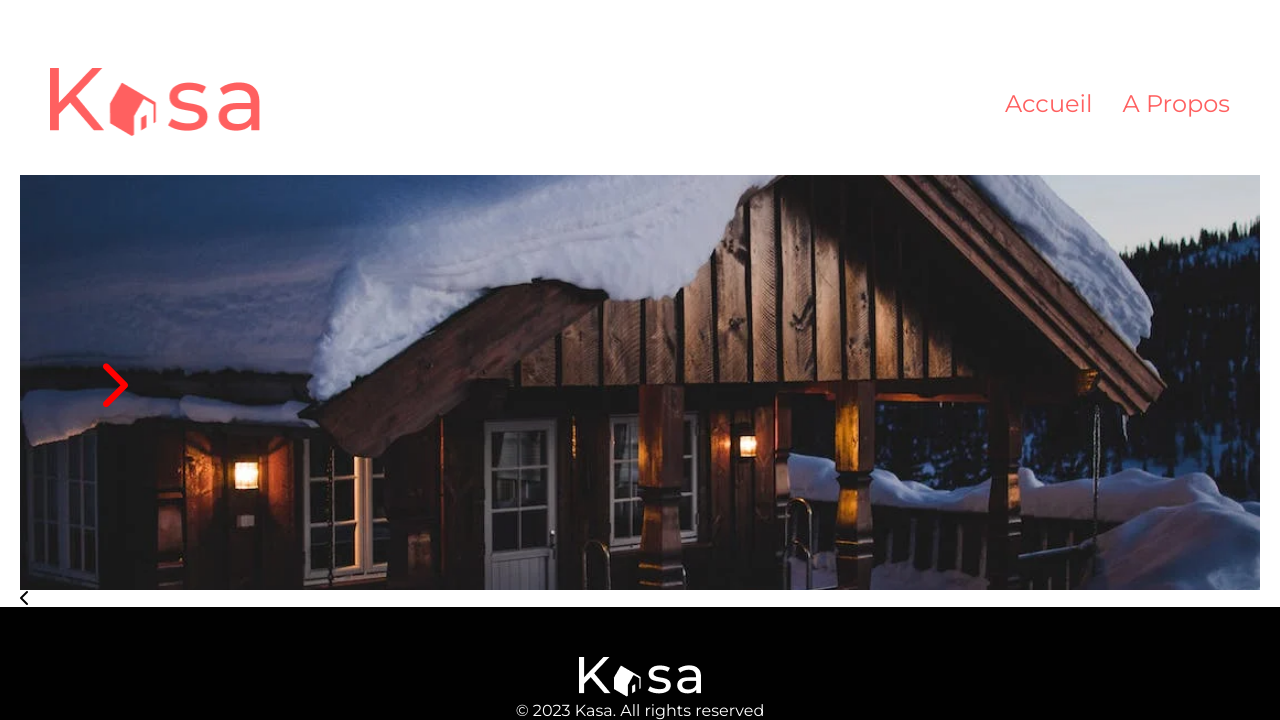
Repository: Ascaris29/Kasa_oc
Page: /essai (app in kasa_project/)
An editor plug-in stored every save of this project. The page is shown before and after the next save, followed by the edit.
The browser window is 1280 px wide. The pictures show the whole page.
Some web libraries are served in a nearby version. The project was rebuilt for these pictures with package versions that can differ from the ones it lists, and the page was loaded fresh each time. Also part of the build but not shown: kasa_project/src/pages/homepage/Homepage.module.scss, kasa_project/src/pages/homepage/components/CardLogement.module.scss, kasa_project/src/pages/homepage/components/CardLogement.js, kasa_project/src/pages/homepage/Homepage.js, kasa_project/src/pages/404/404.module.scss, kasa_project/src/pages/404/404.js, kasa_project/src/pages/a_propos/APropos.module.scss, kasa_project/src/pages/a_propos/components/CardDescription.module.scss and 6 more.

Above is the page before, as saved 2023-03-16 16:06:10.

### kasa_project/public/index.html
<!DOCTYPE html>
<html lang="fr">
  <head>
    <meta charset="utf-8" />
    <link rel="icon" href="%PUBLIC_URL%/favicon.ico" />
    <meta name="viewport" content="width=device-width, initial-scale=1" />
    <meta name="theme-color" content="#000000" />
    <meta
      name="description"
      content="Web site created using create-react-app"
    />
    <link rel="apple-touch-icon" href="%PUBLIC_URL%/logo192.png" />
    <!--
      manifest.json provides metadata used when your web app is installed on a
      user's mobile device or desktop. See https://developers.google.com/web/fundamentals/web-app-manifest/
    -->

    <!----------------------------------------------------------- Fonts ----------------------------------------------------------------------->
    <link rel="preconnect" href="https://fonts.googleapis.com">
    <link rel="preconnect" href="https://fonts.gstatic.com" crossorigin>
    <link href="https://fonts.googleapis.com/css2?family=Montserrat:wght@400;500;600&family=Roboto&display=swap" rel="stylesheet">
    <!----------------------------------------------------------- Icons ----------------------------------------------------------------------->
    <script src="https://kit.fontawesome.com/e65359aae8.js" crossorigin="anonymous"></script>
    <!--
      Notice the use of %PUBLIC_URL% in the tags above.
      It will be replaced with the URL of the `public` folder during the build.
      Only files inside the `public` folder can be referenced from the HTML.

      Unlike "/favicon.ico" or "favicon.ico", "%PUBLIC_URL%/favicon.ico" will
      work correctly both with client-side routing and a non-root public URL.
      Learn how to configure a non-root public URL by running `npm run build`.
    -->
    <title>Kasa</title>
  </head>
  <body>
    <noscript>You need to enable JavaScript to run this app.</noscript>
    <div id="root"></div>
    <!--
      This HTML file is a template.
      If you open it directly in the browser, you will see an empty page.

      You can add webfonts, meta tags, or analytics to this file.
      The build step will place the bundled scripts into the <body> tag.

      To begin the development, run `npm start` or `yarn start`.
      To create a production bundle, use `npm run build` or `yarn build`.
    -->
  </body>
</html>

### kasa_project/src/index.js
import React from 'react';
import ReactDOM from 'react-dom/client';
import App from './App';
import reportWebVitals from './reportWebVitals';
import './assets/styles/index.scss';
import { RouterProvider } from 'react-router-dom';
import { router } from "./router";

const root = ReactDOM.createRoot(document.getElementById('root'));
root.render(
  <React.StrictMode>
    <RouterProvider router={router} />
  </React.StrictMode>
);

// If you want to start measuring performance in your app, pass a function
// to log results (for example: reportWebVitals(console.log))
// or send to an analytics endpoint. Learn more: https://bit.ly/CRA-vitals
reportWebVitals();

### kasa_project/src/App.js
import Header from "./components/header/Header";
import Footer from "./components/footer/Footer";
import style from "./App.module.scss";
import Homepage from "./pages/homepage/Homepage";
import { Outlet } from "react-router-dom";

function App() {
  return (
      <div className={`${style.app} d-flex flex-column`}>
        <Header />
          <Outlet />
        <Footer />
      </div>
  );
}

export default App;

### kasa_project/src/assets/styles/index.scss
@use './base';
@use './flex';
@use './mixins';
@use './utils';
@use './variables';

### kasa_project/src/router.js
import { createBrowserRouter } from 'react-router-dom';
import App from './App';
import Error404 from './pages/404/404';
import APropos from './pages/a_propos/APropos';
import Homepage from './pages/homepage/Homepage';
import Caroussel from './pages/logement/components/caroussel/Caroussel';
import FicheLogement from './pages/logement/FicheLogement';


export const router = createBrowserRouter([
    {
        path : "/",
        element : <App />,
        errorElement: <Error404 />,
        children : [
            {
                path : "/",
                element : <Homepage />
            } ,
            {
                path : "/homepage",
                element : <Homepage />
            },
            {
                path: "/apropos",
                element : <APropos />
            },
            {
                path: "/logement/:id",
                element : <FicheLogement />
            },
            {
                path: "/essai",
                element: <Caroussel />
            }
        ],
    }
])

### kasa_project/src/components/header/Header.js
import image from "../../assets/images/logo_header.png";
import style from "./Header.module.scss";
import { Link, NavLink } from "react-router-dom";

export default function Header(){
    return (
        <header className={`${style.header} d-flex justify-between align-center`}>
            <Link className={`${style.headerIcon}`} to="/homepage">
                <img src={image} alt="logo du site Kasa representant une maison"/>
            </Link>
            <div className={`${style.headerNav}`}>
                <ul className="d-flex">
                    <NavLink
                    className={`${style.headerItems} m-r-30`}
                    to="/homepage"
                    end
                    >
                    Accueil
                    </NavLink>
                    <NavLink
                    className={`${style.headerItems}`}
                    to="/apropos"
                    >
                    A Propos
                    </NavLink>
                </ul>
            </div>
        </header>
    )
}

### kasa_project/src/components/footer/Footer.js
import style from "./Footer.module.scss";
import image from "../../assets/images/logo_footer.png";

export default function Footer(){
    return (
        <footer className={`${style.footer} d-flex p-t-50 flex-column justify-center align-center`}>
            <div className={`${style.footerLogo} `}>
                <img src={image} alt="" />
            </div>
            <div className="footerText">
                <p>© 2023 Kasa. All rights reserved</p>
            </div>
        </footer>
    )
}

### kasa_project/src/App.module.scss
.app{
    min-height:100vh;
}

### kasa_project/src/assets/styles/_base.scss

*{
    box-sizing: border-box;
}

body{
    margin:0;
    padding:0;
    font-family: var(--montserrat);

}

p{
    margin:0;
}

li{
    list-style-type: none;

}

.link{
    color:var(--primary);
    font-size:18px;
}

.active{
    text-decoration:underline;
}

### kasa_project/src/assets/styles/_flex.scss
.d-flex{
    display: flex;
}

.flex-column{
    flex-direction : column;
}

.flex-row{
    flex-direction: row;
}

.justify-center{
    justify-content: center;
}

.align-center{
    align-items: center;
}

.flex-fill{
    flex : 1 1 auto;
}

.justify-between{
    justify-content: space-between;
}

### kasa_project/src/assets/styles/_mixins.scss
@mixin xs{
    @media (max-width:576px){
        @content;
    }
}

@mixin sm{
    @media (min-width : 577px) and (max-width : 768px){
        @content;
    }
}

@mixin sm-lt{
    @media (max-width : 768px){
        @content;
    }
}

@mixin md{
    @media (min-width : 769px) and (max-width : 992px){
        @content;
    }
}

@mixin md-lt{
    @media (max-width : 992px){
        @content;
    }
}

@mixin lg{
    @media (min-width : 993px) and (max-width : 1200px){
        @content;
    }
}

@mixin lg-lt{
    @media (max-width : 1200px){
        @content;
    }
}

@mixin xl{
    @media (min-width : 1201px){
        @content;
    }
}

### kasa_project/src/assets/styles/_utils.scss
/*------------------------------------ General ------------------------------*/
.container{
    max-width:1200px;
    margin: auto;
    width:100%;
}
.card{

}
.calc{
    position:fixed;
    top:0;
    left:0;
    width:100%;
    height:100vh;
}

/*------------------------------------ Padding ------------------------------*/
.p-5{
    padding: 5px;
}
.p-10{
    padding:10px;
}
.p-20{
   padding:20px;
}
.p-30{
    padding:30px;
}
.p-40{
    padding:40px;
}
.p-50{
    padding:50px;
}

.p-b-5{
   padding-bottom: 5px;
}
.p-b-10{
   padding-bottom: 10px;
}
.p-b-20{
    padding-bottom: 20px;
}
.p-b-30{
    padding-bottom: 30px;
}
.p-b-40{
    padding-bottom: 40px;
}
.p-b-50{
    padding-bottom: 50px;
}


.p-t-5{
    padding-top: 5px;
}
.p-t-10{
    padding-top: 10px;
}
.p-t-20{
     padding-top: 20px;
}
.p-t-30{
     padding-top: 30px;
}
.p-t-40{
    padding-top: 40px;
}
.p-t-50{
    padding-top: 50px;
}


.p-l-5{
    padding-left: 5px;
}
.p-l-10{
    padding-left: 10px;
}
.p-l-20{
     padding-left: 20px;
}
.p-l-30{
     padding-left: 30px;
}
.p-l-40{
    padding-left: 40px;
}
.p-l-50{
    padding-left: 50px;
}



.p-r-5{
    padding-right: 5px;
}
.p-r-10{
    padding-right: 10px;
}
.p-r-20{
     padding-right: 20px;
}
.p-r-30{
     padding-right: 30px;
}
.p-r-40{
    padding-right: 40px;
}
.p-r-50{
    padding-right: 50px;
}


/*------------------------------------------------ Margin -------------------------------------------*/

.m-auto{
    margin:auto;
}
.m-5{
    margin: 5px;
}
.m-10{
    margin:10px;
}
.m-20{
   margin:20px;
}
.m-30{
    margin:30px;
}
.m-40{
    margin:40px;
}
.m-50{
    margin:50px;
}



.m-b-5{
    margin-bottom: 5px;
}
.m-b-10{
    margin-bottom: 10px;
}
.m-b-20{
    margin-bottom: 20px;
}
.m-b-30{
    margin-bottom: 30px;
}
.m-b-40{
    margin-bottom: 40px;
}
.m-b-50{
    margin-bottom: 50px;
}



.m-t-5{
    margin-top: 5px;
}
.m-t-10{
    margin-top: 10px;
}
.m-t-20{
     margin-top: 20px;
}
.m-t-30{
     margin-top: 30px;
}
.m-t-40{
    margin-top: 40px;
}
.m-t-50{
    margin-top: 50px;
}




.m-l-5{
    margin-left: 5px;
}
.m-l-10{
    margin-left: 10px;
}
.m-l-20{
     margin-left: 20px;
}
.m-l-30{
     margin-left: 30px;
}
.m-l-40{
    margin-left: 40px;
}
.m-l-50{
    margin-left: 50px;
}




.m-r-5{
    margin-right: 5px;
}
.m-r-10{
    margin-right: 10px;
}
.m-r-20{
     margin-right: 20px;
}
.m-r-30{
     margin-right: 30px;
}
.m-r-40{
    margin-right: 40px;
}
.m-r-50{
    margin-right: 50px;
}

### kasa_project/src/assets/styles/_variables.scss

/*----------------------------------------------------------------------------Color-----------------------------------------------------------------*/

:root{
    --primary: #FF6060;
    --grey1:#F6F6F6;
    --grey2: #E3E3E3;
    --grey3:#C4C4C4;
    --black: #010101;
    /*----------------------------------------------------------------------------Font-----------------------------------------------------------------*/
    --montserrat : 'Montserrat', sans-serif;
    --radius:25px;
}

### kasa_project/src/pages/logement/components/caroussel/Caroussel.js
import { useState } from "react";
import style from "./Caroussel.module.scss";

import img1 from "../../../../assets/images/pexels-photo-950058.webp";
import img2 from "../../../../assets/images/pexels-photo-1013427.jpeg";
import img3 from "../../../../assets/images/pexels-photo-1612351.jpeg";

export default function Caroussel(){

    //importer les images de l'api
    const arrayImage = [
        img1,
        img2,
        img3
    ];

    const [index, setIndex] = useState(0);

    //console.log(arrayImage);
    function handleClickCarousselPrev(){
        if(index > 0 && index < arrayImage.length){
            let i = index - 1;
            setIndex(i);
        }else{
            setIndex(arrayImage.length -1);
        }
    }

    function handleClickCarousselAfter(){
        if(index < arrayImage.length){
            let i = index + 1;
            setIndex(i);
        };
    }

    //a voir avec julien
    if(index === arrayImage.length){
        setIndex(0)
    }

    return (
        <div className={`${style.caroussel}`}>
            { arrayImage.map((item, i) =>
                i === index && ( <img src={item} alt="" className={`${style.carousselImage}`}/> )
            )}
            <i className={`${style.chevronLeft} fa-solid fa-chevron-left`} onClick={handleClickCarousselPrev}></i>
            <i className={`${style.chevronRight} fa-solid fa-chevron-right`} onClick={handleClickCarousselAfter}></i>
        </div>
    )



}

### kasa_project/src/components/header/Header.module.scss
@use "../../assets/styles/mixins" as mixin;

.header{
    max-width:1240px;
    margin:auto;
    width:100%;
    padding:50px 30px 0 30px;
    .headerIcon{
        img{
            width:210px;
            height:68px;
            @include mixin.sm-lt{
                width:145px;
                height:47px;
            }
            @include mixin.xs{
                width:99px;
                height:35px;
            }
        }
    }

}
/*sorti de la classe header car sinon je ne peux pas mettre de classe active dessus*/
.headerItems{
    color:var(--primary);
    text-decoration:none;
    cursor:pointer;
    font-size:24px;
    @include mixin.sm-lt{
        font-size:20px;
    }
    @include mixin.xs{
        font-size:15px;
    }
}

### kasa_project/src/components/footer/Footer.module.scss
.footer{
    background-color:var(--black);
    color:white;
    .footerLogo{
        img{
            width:122px;
            height:40px;
        }
    }
}

### kasa_project/src/pages/logement/components/caroussel/Caroussel.module.scss
.caroussel{
    max-width:1240px;
    margin:auto;
    width:100%;
    height:415px;
    .carousselImage{
        width:100%;
        height:100%;
        object-fit:cover;
        position:relative;
        display:block;
    }
    .chevronRight{
        position:absolute;
        top:50%;
        right:90%;
        font-size:50px;
        color:red;
    }
    .chevronLeft{
        position:absolute;
    }
}

Loaded but not shown: kasa_project/src/reportWebVitals.js (common file)

After the next save:
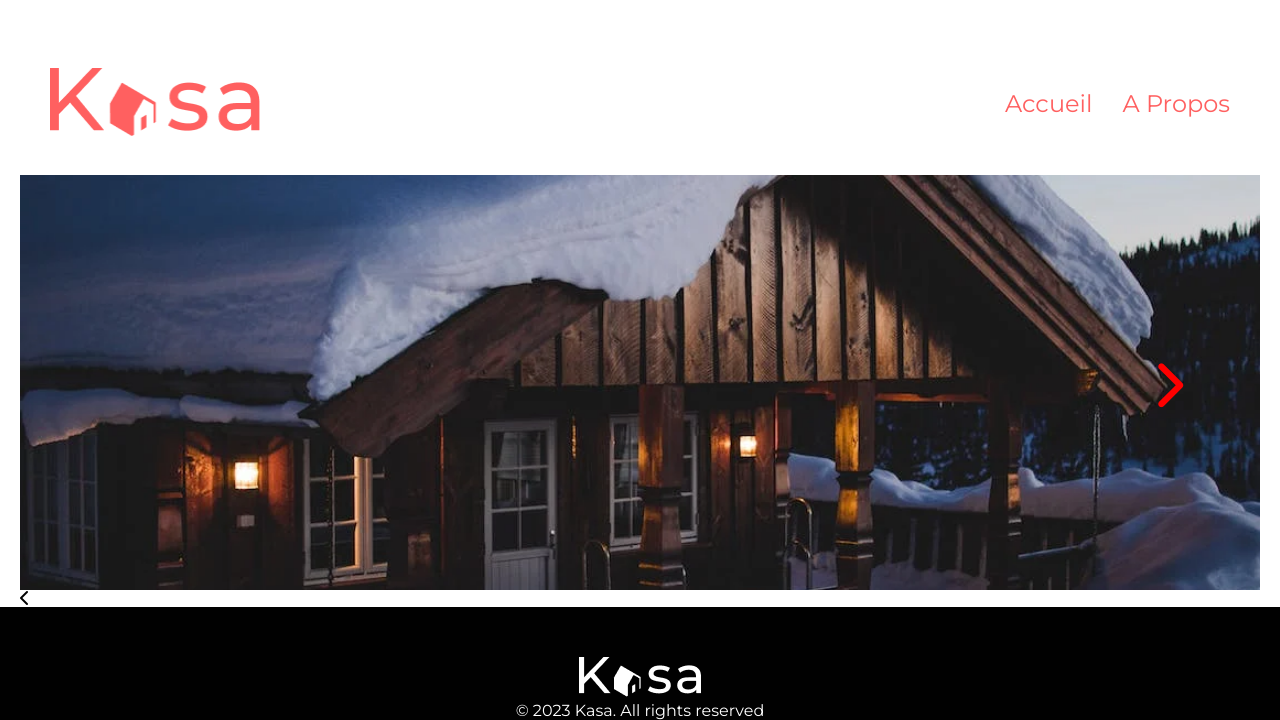
Saved 6 s later.
--- a/kasa_project/src/pages/logement/components/caroussel/Caroussel.module.scss
+++ b/kasa_project/src/pages/logement/components/caroussel/Caroussel.module.scss
@@ -13,7 +13,7 @@
     .chevronRight{
         position:absolute;
         top:50%;
-        right:90%;
+        left:90%;
         font-size:50px;
         color:red;
     }
